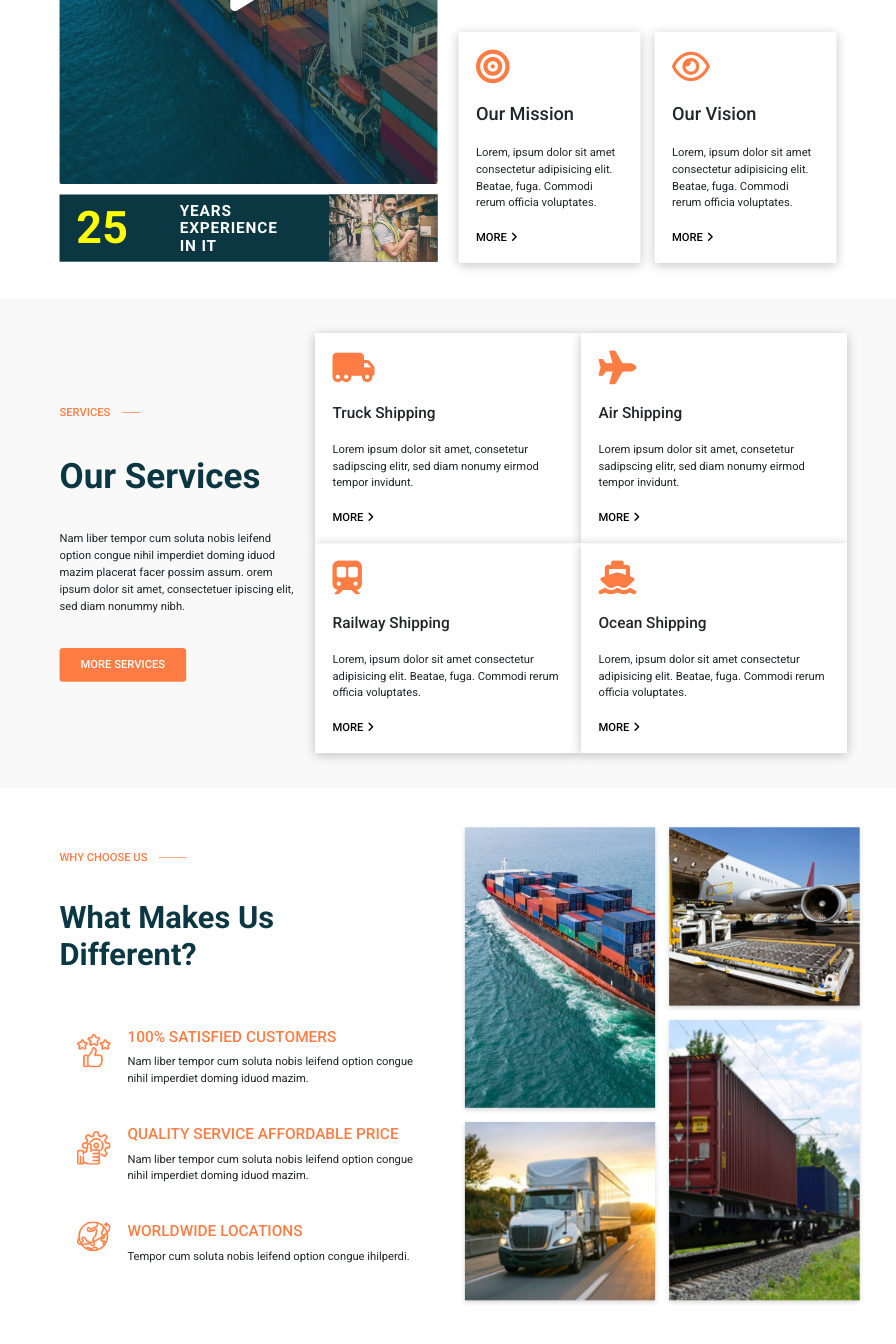
Repository: nazmulalok/shipping-theme
Page: index.html
An editor plug-in stored every save of this project. The page is shown before and after the next save, followed by the edit.
The browser window is 1280 px wide. The pictures show the part of the page from y = 1327 to 3247 px (the page is 3247 px tall), at 70% of full size.
Some web libraries are served in a nearby version.

Above is the page before, as saved 2022-10-08 23:31:44.

After the next save:
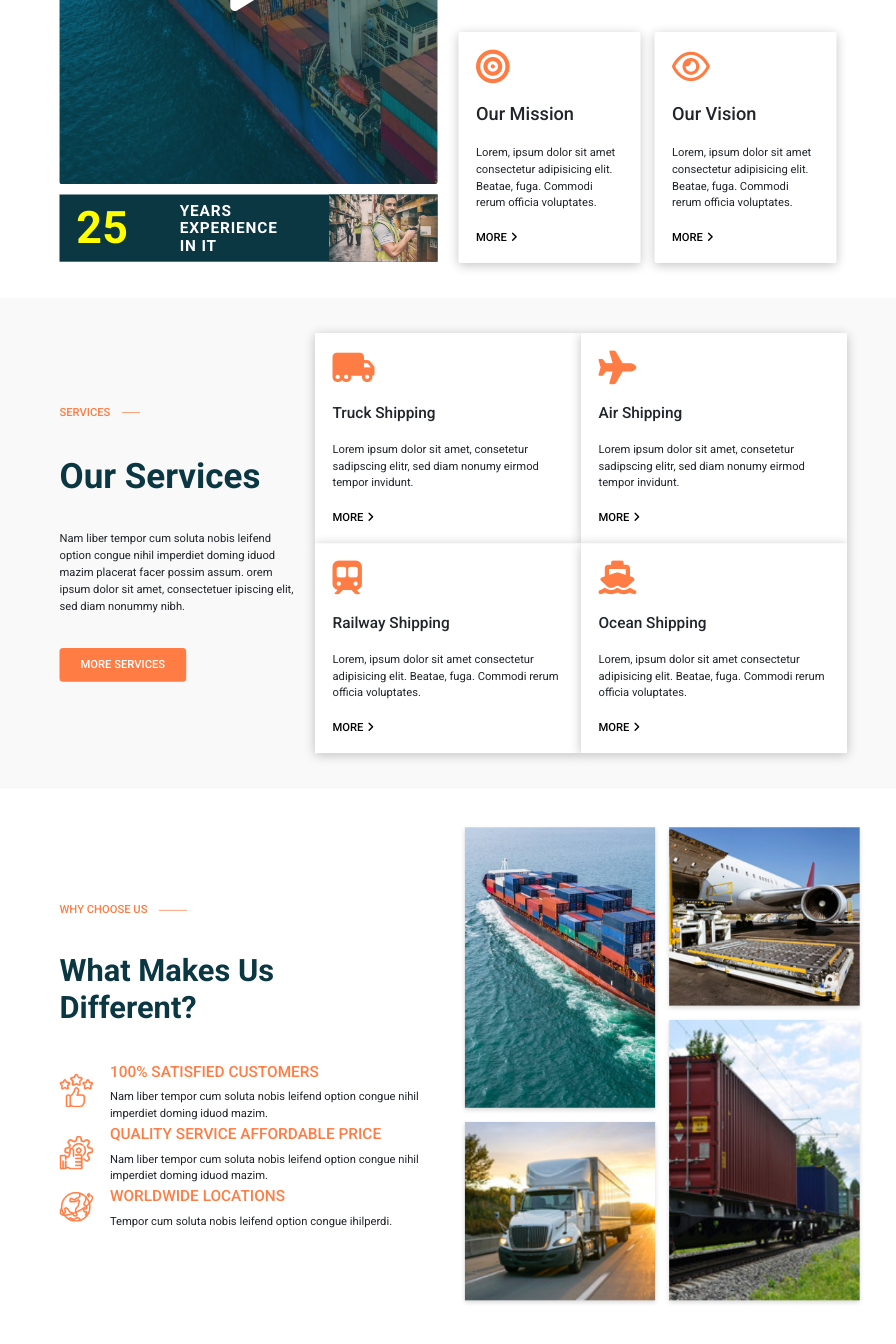
Saved 92 s later.
--- a/index.html
+++ b/index.html
@@ -224,45 +224,39 @@
                         <h3 class="mb-5">What Makes Us <br>
                             Different?</h3>
                         <div class="why-choose-box">
-                            <div class="common-box">
-                                <div class="content d-flex align-items-center">
-                                    <div class="img-box mr-4">
-                                        <img src="images/satisfied-customers.png" alt="Satisfied Customers">
-                                    </div>
-                                    <div>
-                                        <div class="box-title mb-2">
-                                            100% Satisfied Customers
-                                        </div>
-                                        <p>Nam liber tempor cum soluta nobis leifend option congue nihil imperdiet
-                                            doming iduod mazim.</p>
-                                    </div>
-                                </div>
-                            </div>
-                            <div class="common-box">
-                                <div class="content d-flex align-items-center">
-                                    <div class="img-box mr-4">
-                                        <img src="images/quality-services.png" alt="Quality Services">
-                                    </div>
-                                    <div>
-                                        <div class="box-title mb-2">
-                                            Quality Service Affordable Price
-                                        </div>
-                                        <p>Nam liber tempor cum soluta nobis leifend option congue nihil imperdiet
-                                            doming iduod mazim.</p>
-                                    </div>
-                                </div>
-                            </div>
-                            <div class="common-box">
-                                <div class="content d-flex align-items-center">
-                                    <div class="img-box mr-4">
-                                        <img src="images/worldwide-locations.png" alt="Worldwide Locations">
-                                    </div>
-                                    <div>
-                                        <div class="box-title mb-2">
-                                            Worldwide Locations
-                                        </div>
-                                        <p>Tempor cum soluta nobis leifend option congue ihilperdi.</p>
-                                    </div>
+                            <div class="common-box d-flex align-items-center">
+                                <div class="img-box mr-4">
+                                    <img src="images/satisfied-customers.png" alt="Satisfied Customers">
+                                </div>
+                                <div>
+                                    <div class="box-title mb-2">
+                                        100% Satisfied Customers
+                                    </div>
+                                    <p>Nam liber tempor cum soluta nobis leifend option congue nihil imperdiet
+                                        doming iduod mazim.</p>
+                                </div>
+                            </div>
+                            <div class="common-box d-flex align-items-center">
+                                <div class="img-box mr-4">
+                                    <img src="images/quality-services.png" alt="Quality Services">
+                                </div>
+                                <div>
+                                    <div class="box-title mb-2">
+                                        Quality Service Affordable Price
+                                    </div>
+                                    <p>Nam liber tempor cum soluta nobis leifend option congue nihil imperdiet
+                                        doming iduod mazim.</p>
+                                </div>
+                            </div>
+                            <div class="common-box d-flex align-items-center">
+                                <div class="img-box mr-4">
+                                    <img src="images/worldwide-locations.png" alt="Worldwide Locations">
+                                </div>
+                                <div>
+                                    <div class="box-title mb-2">
+                                        Worldwide Locations
+                                    </div>
+                                    <p>Tempor cum soluta nobis leifend option congue ihilperdi.</p>
                                 </div>
                             </div>
                         </div>
